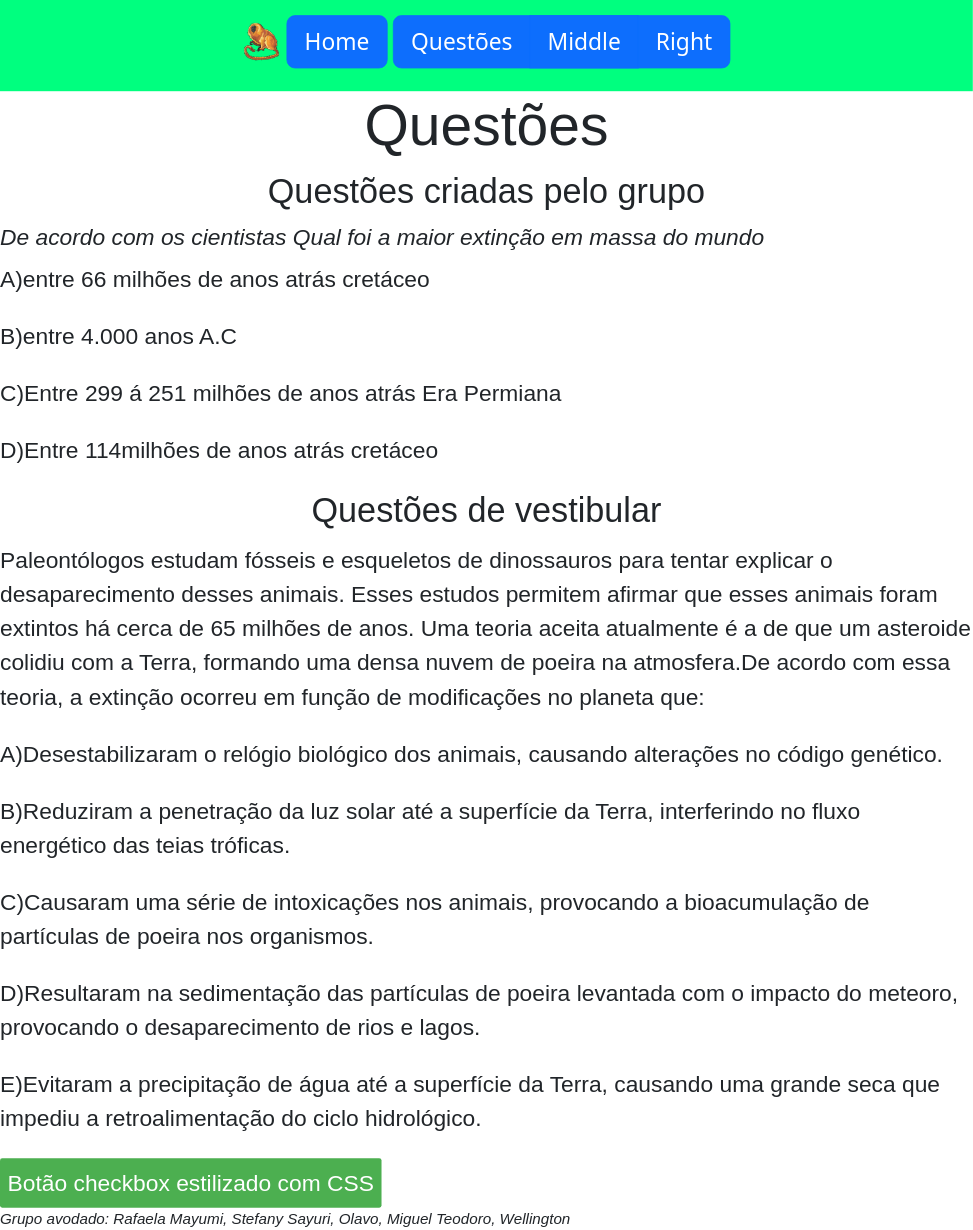
Repository: OlavoSchiavi/Site-de-biologia
Page: quest.html
These files come from the project's save history. The page is drawn as it stood at one moment and after the next save; the edit follows.
The browser window is 1280 px wide. The pictures show the whole page, at 76% of full size.

Above is the page before, as saved 2023-04-18 21:39:22.
Not found: JS/script.js

### quest.html
<!DOCTYPE html>
<html lang="pt-br">
<head>
    <meta charset="UTF-8">
    <meta http-equiv="X-UA-Compatible" content="IE=edge">
    <meta name="viewport" content="width=device-width, initial-scale=1.0">
    <title>Site de biologia - Questões</title>
    <link rel="stylesheet" href="CSS/style.css">
    <link href="https://cdn.jsdelivr.net/npm/bootstrap@5.3.0-alpha3/dist/css/bootstrap.min.css" rel="stylesheet" integrity="sha384-KK94CHFLLe+nY2dmCWGMq91rCGa5gtU4mk92HdvYe+M/SXH301p5ILy+dN9+nJOZ" crossorigin="anonymous">
    <link rel="icon" href="imagens/monkey.png" type="image/png">
    <link rel="stylesheet" href="JS/script.js">
    <link rel="icon" type="image/png" href="imagens/arara.png">
</head>
<body>
    <header>
        <nav class="mapa">
            <img id="logo" src="imagens/monkey.png" alt="Logo">
            <button type="button" class="btn btn-primary">
                <a href="index.html" class="button">Home</a>
            </button>
            <div class="btn-group" role="group" aria-label="Basic example">
                <button type="button" class="btn btn-primary">
                    <a href="quest.html" class="button">Questões</a>
                </button>
                <button type="button" class="btn btn-primary">Middle</button>
                <button type="button" class="btn btn-primary">Right</button>
              </div>
        </nav>
    </header>
    <main>
        <article>
            <section>
                <h1>Questões</h1>
            </section>
            <section>
                <h4>Questões criadas pelo grupo</h4>
                <h6>De acordo com os cientistas Qual foi a maior extinção em massa do mundo</h6>
                <p>A)entre 66 milhões de anos atrás cretáceo</p>
                <p>B)entre 4.000 anos A.C</p>
                <p>C)Entre 299 á 251  milhões de anos atrás Era Permiana</p>
                <p>D)Entre 114milhões de anos atrás cretáceo</p>
            </section>
            <section>
                <h4>Questões de vestibular</h4>
                <p>Paleontólogos estudam fósseis e esqueletos de dinossauros para tentar explicar o desaparecimento desses animais. Esses estudos permitem afirmar que esses animais foram extintos há cerca de 65 milhões de anos. Uma teoria aceita atualmente é a de que um asteroide colidiu com a Terra, formando uma densa nuvem de poeira na atmosfera.De acordo com essa teoria, a extinção ocorreu em função de modificações no planeta que:</p>
                    <p>A)Desestabilizaram o relógio biológico dos animais, causando alterações no código genético.</p>
                    <p>B)Reduziram a penetração da luz solar até a superfície da Terra, interferindo no fluxo energético das teias tróficas.</p>
                    <p>C)Causaram uma série de intoxicações nos animais, provocando a bioacumulação de partículas de poeira nos organismos.</p>
                    <p>D)Resultaram na sedimentação das partículas de poeira levantada com o impacto do meteoro, provocando o desaparecimento de rios e lagos.</p>
                    <p>E)Evitaram a precipitação de água até a superfície da Terra, causando uma grande seca que impediu a retroalimentação do ciclo hidrológico.</p>

                    <input type="checkbox" class="checkbox" id="botao-checkbox">
                    <label for="botao-checkbox">Botão checkbox estilizado com CSS</label>
                    <div class="texto">Este é o texto que será exibido quando o botão checkbox estiver selecionado.</div>

            </section>
        </article>
    </main>
    <footer style="font-size: 20px; font-style: italic;">
        Grupo avodado: Rafaela Mayumi, Stefany Sayuri, Olavo, Miguel Teodoro, Wellington
    </footer>
</body>
</html>

### CSS/style.css
header{
    padding: 20px;
    height: 120px;
    background-color:springgreen;
}
.arara{
    width: 20%;
    float: right;
}
#logo{
    width: 50px;
}

body,main,footer,html{
    font-family: Arial, Helvetica, sans-serif;
    font-size: 30px;
}
.button{
    color:white;
    text-decoration: none;
}
.mapa{
    text-align: center;
}
h1,h4{
    text-align: center;
}
h6{
    font-style:oblique;
}



.checkbox {
    display: none;
}
.checkbox + label {
    display: inline-block;
    margin-bottom: 0;
    font-weight: normal;
    cursor: pointer;
    padding: 10px;
    border-radius: 3px;
    color: #fff;
    background-color: #4caf50;
}
.checkbox:checked + label {
    background-color: #2196f3;
}
.checkbox:checked ~ .texto {
    display: block;
}
.texto {
    display: none;
    margin-top: 10px;
    padding: 10px;
    background-color: #f2f2f2;
}

After the next save:
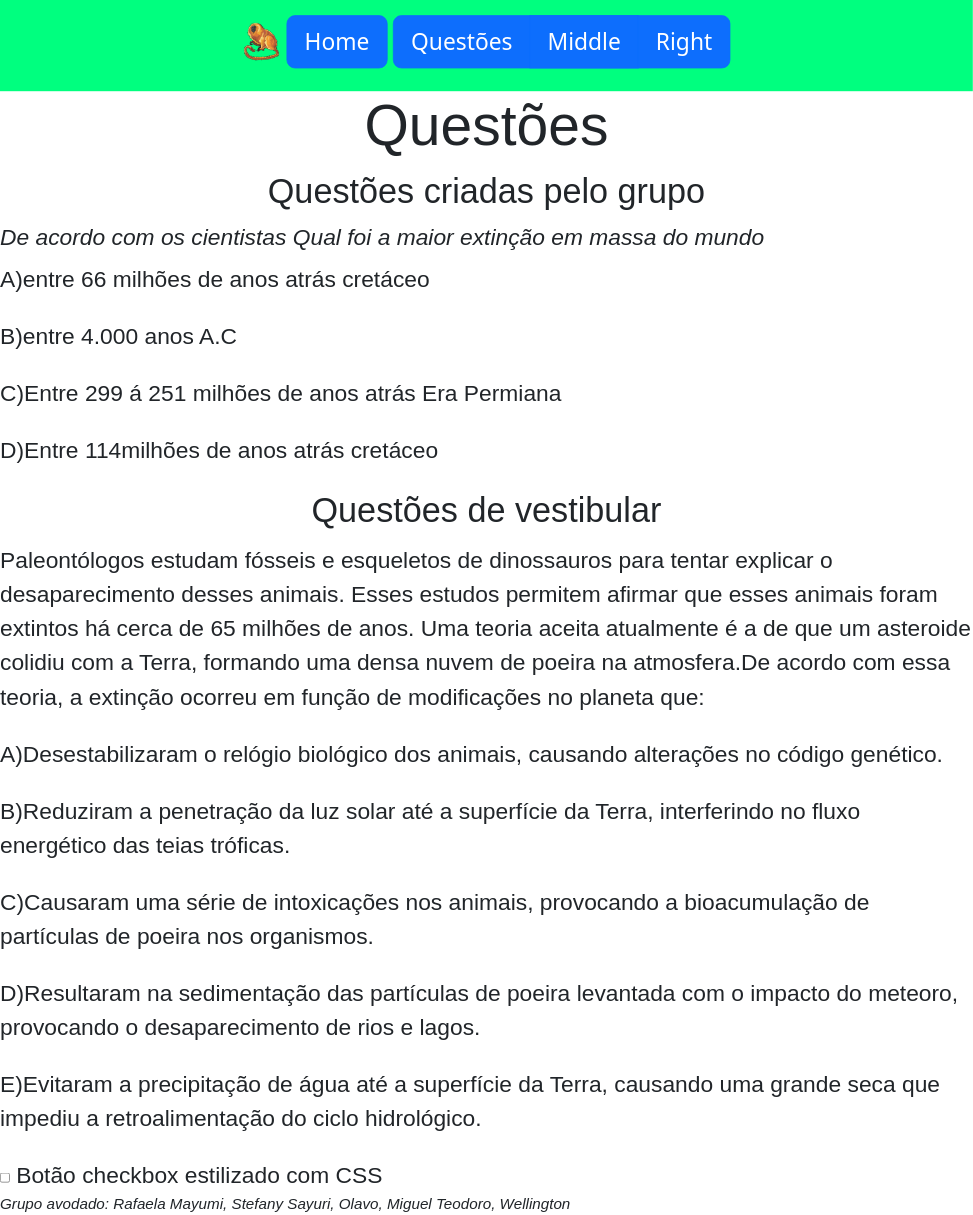
Saved 4 min 19 s later.
--- a/quest.html
+++ b/quest.html
@@ -49,7 +49,7 @@
                     <p>D)Resultaram na sedimentação das partículas de poeira levantada com o impacto do meteoro, provocando o desaparecimento de rios e lagos.</p>
                     <p>E)Evitaram a precipitação de água até a superfície da Terra, causando uma grande seca que impediu a retroalimentação do ciclo hidrológico.</p>
 
-                    <input type="checkbox" class="checkbox" id="botao-checkbox">
+                    <input type="checkbox" class="checkbox, btn btn-primary" data-bs-toggle="button" id="botao-checkbox">
                     <label for="botao-checkbox">Botão checkbox estilizado com CSS</label>
                     <div class="texto">Este é o texto que será exibido quando o botão checkbox estiver selecionado.</div>
 
